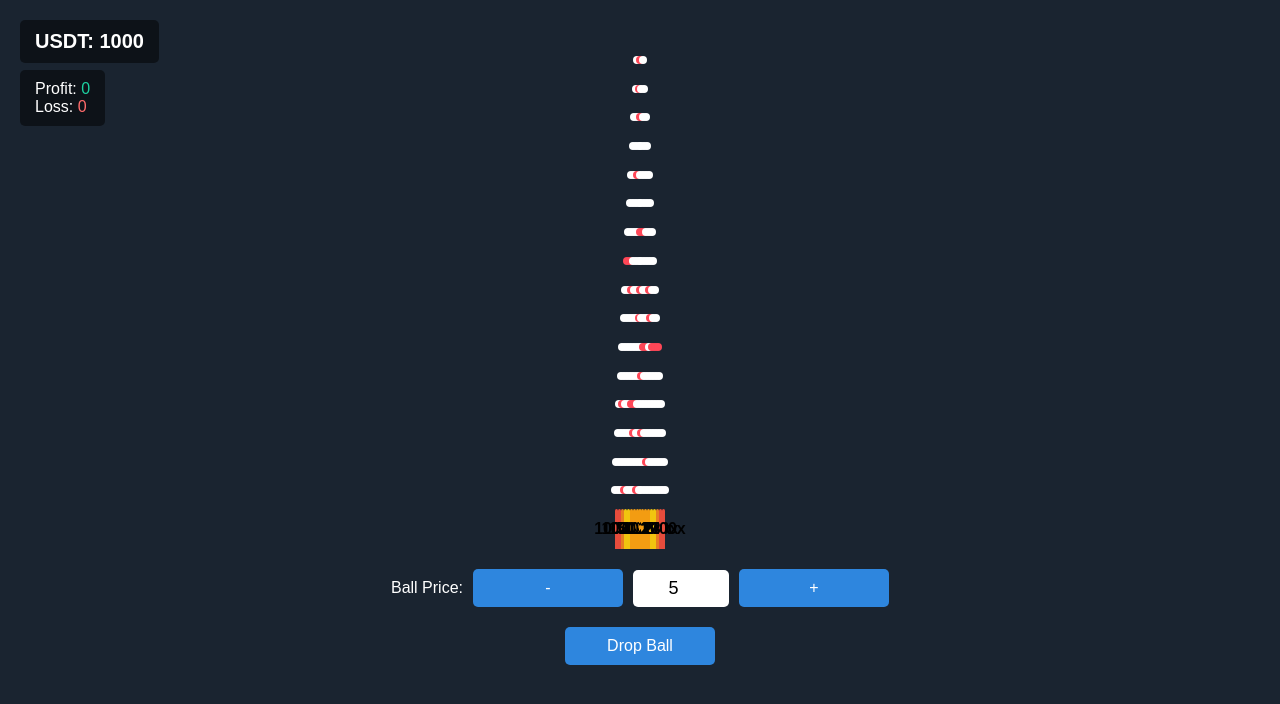
Repository: daffa-alif/PLINKO-JS
Page: plinko.html
These files come from the project's save history. The page is drawn as it stood at one moment and after a run of saves; the edit follows.
The browser window is 1280 px wide. The pictures show the whole page.

Above is the page before, as saved 2025-03-07 08:25:40.

After the next 2 saves:
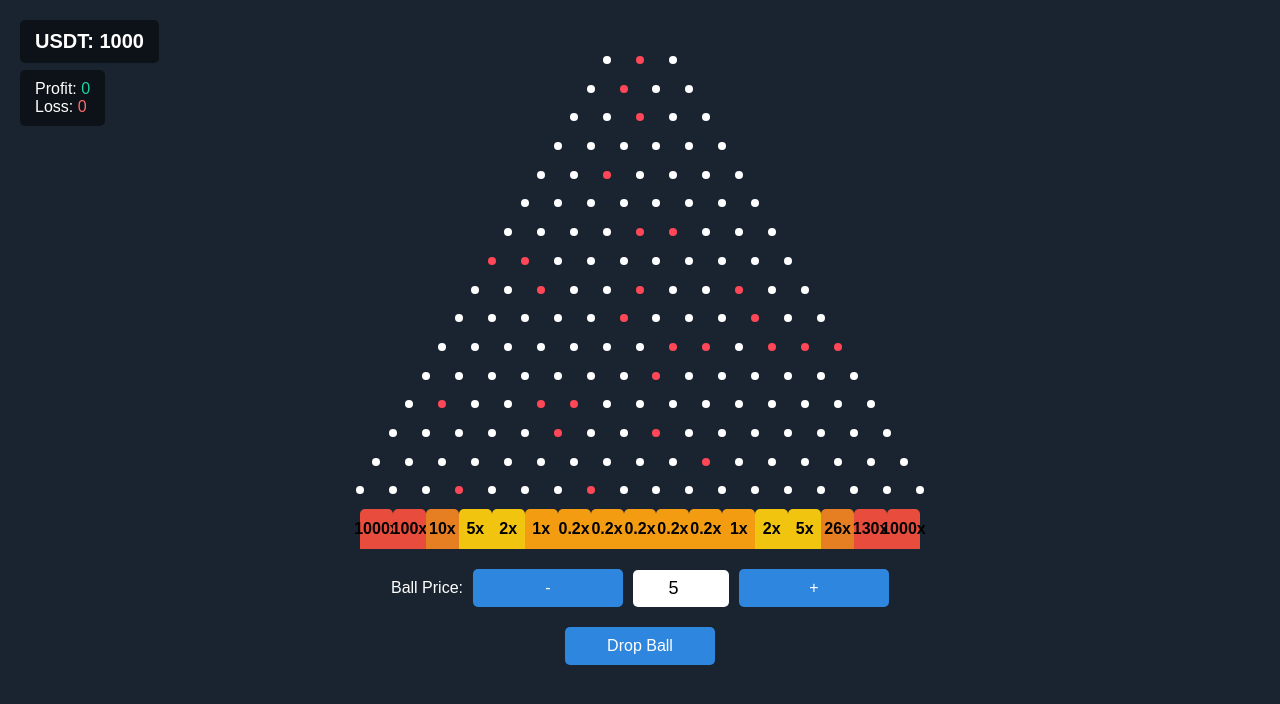
The 2 saves are shown as one change because they came seconds apart.
The last was saved 41 s later.
--- a/plinko.html
+++ b/plinko.html
@@ -214,7 +214,7 @@
             maxActiveBalls: 10,
             // Updated multipliers to match the image exactly
             multipliers: [1000, 100, 10, 5, 2, 1, 0.2, 0.2, 0.2, 0.2, 0.2, 1, 2, 5, 26, 130, 1000],
-            horizontalSpacingFactor: 0.1
+            horizontalSpacingFactor: 1.12
         };
 
         let balance = 1000;
